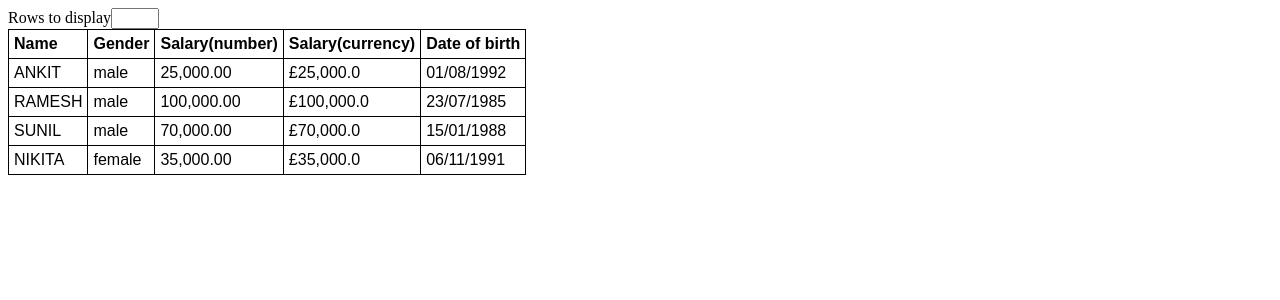
Repository: ammoreloaded/WebProjectFirst
Page: homework/WebProjectFirst/web/filterDemo.html
These files come from the project's save history. The page is drawn as it stood at one moment and after a run of saves; the edit follows.
The browser window is 1280 px wide. The pictures show the whole page.

Above is the page before, as saved 2016-05-19 15:19:49.

### homework/WebProjectFirst/web/filterDemo.html
<!doctype html>
<html ng-app="myModule">
<head>
<script src="resources/js/angular.min.js"></script>
<script src="resources/js/filterDemo.js"></script>
<link href="style.css" rel="stylesheet" type="text/css"/>
</head>
<body ng-controller="myController">
	<div>
	Rows to display<input type = "number" step = "1" min = "0" max = "5" ng-model="rowLimit"><br>
		<table>
			<thead>
				<tr>
					<th>Name</th>
					<th>Gender</th>
					<th>Salary(number)</th>
					<th>Salary(currency)</th>
					<th>Date of birth</th>
				</tr>
			</thead>
			<tbody>
				<tr ng-repeat="employee in employees">
					<td>{{ employee.name | uppercase}}</td>
					<td>{{ employee.gender | lowercase }}</td>
					<td>{{ employee.salary | number : 2 }}</td>
					<td>{{ employee.salary | currency : "£" : 1 }}</td>
					<td>{{ employee.dateOfBirth | date : "dd/MM/yyyy" }}</td>
				</tr>
			</tbody>
		</table>
	</div>
</body>
</html>

### homework/WebProjectFirst/web/resources/js/filterDemo.js

var employees = [
                 {name : "Ankit", gender : "Male", age : 23, salary : 25000, dateOfBirth : new Date("August 1, 1992")},
                 {name : "Ramesh", gender : "Male", age : 30, salary : 100000, dateOfBirth : new Date("July 23, 1985")},
                 {name : "Sunil", gender : "Male", age : 28, salary : 70000, dateOfBirth : new Date("January 15, 1988")},
                 {name : "Nikita", gender : "Female", age : 24, salary : 35000, dateOfBirth : new Date("November 6, 1991")}
                 ];

var myApp = angular.module("myModule", []).controller("myController", function($scope){
	$scope.employees = employees;

	$scope.incrLikes = function(technology){
		technology.likes++;
	};

	$scope.incrDislikes = function(technology){
		technology.dislikes++;
	};
});

### homework/WebProjectFirst/web/style.css
table {
	border-collapse: collapse;
	font-family : Arial;
}

td {
	border : 1px solid black;
	padding : 5px;
}

th {
	border : 1px solid black;
	padding : 5px;
	text-align: left;
}

Loaded but not shown: homework/WebProjectFirst/web/resources/js/angular.min.js (library)

After the next 2 saves:
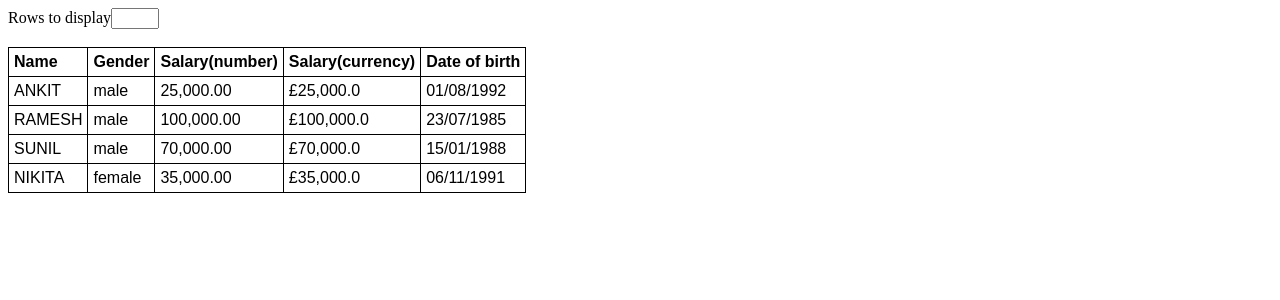
The 2 saves are shown as one change because they came seconds apart.
The last was saved 9 s later.
--- a/homework/WebProjectFirst/web/filterDemo.html
+++ b/homework/WebProjectFirst/web/filterDemo.html
@@ -7,7 +7,7 @@
 </head>
 <body ng-controller="myController">
 	<div>
-	Rows to display<input type = "number" step = "1" min = "0" max = "5" ng-model="rowLimit"><br>
+	Rows to display<input type = "number" step = "1" min = "0" max = "5" ng-model="rowLimit"><br><br>
 		<table>
 			<thead>
 				<tr>
